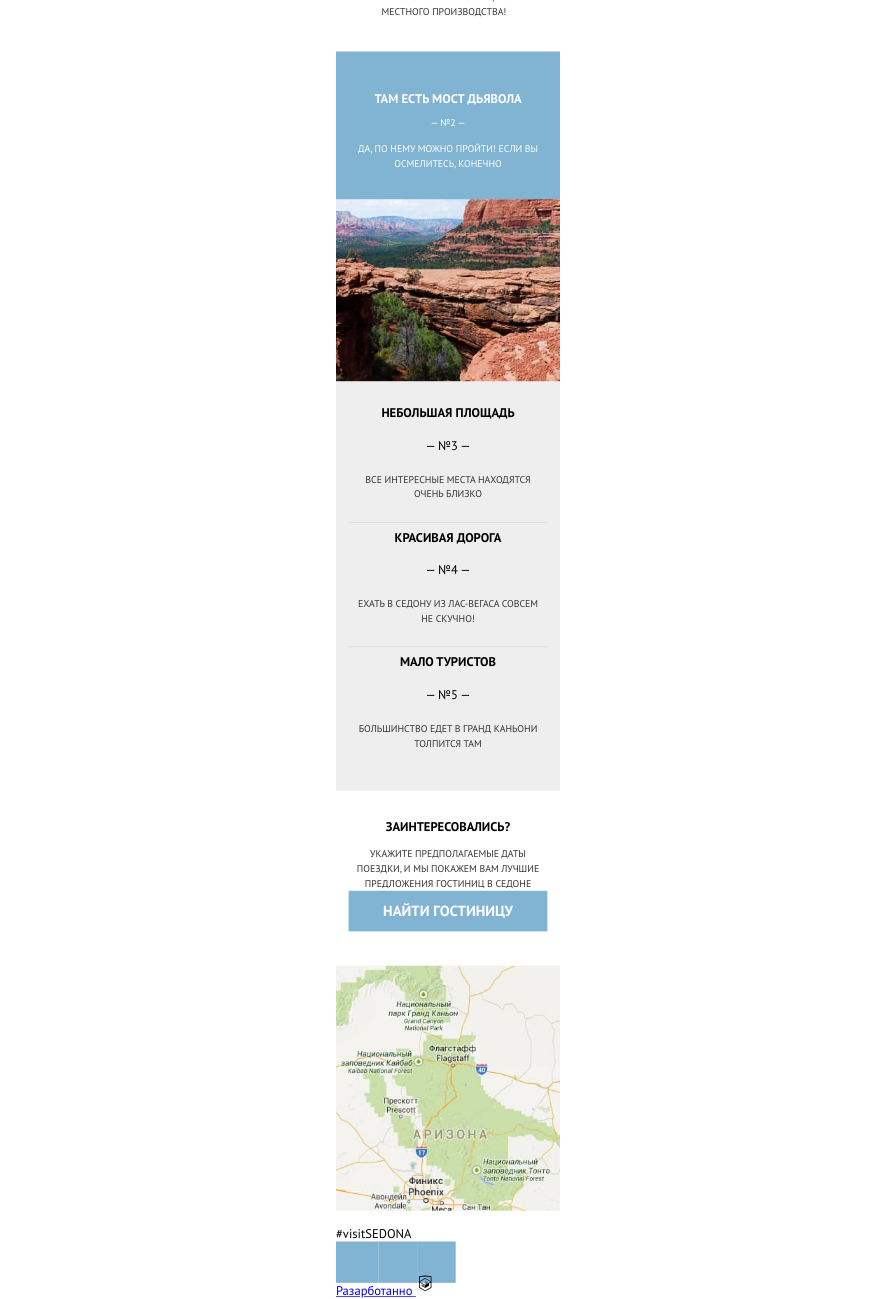
Repository: iKrekus/2149661-sedona-27
Page: source/index.html
These files come from the project's save history. The page is drawn as it stood at one moment and after the next save; the edit follows.
The browser window is 1280 px wide. The pictures show the part of the page from y = 1451 to 3371 px (the page is 3307 px tall before and 3371 px after), at 70% of full size.
The style sheet was rebuilt from its Sass, Less or Tailwind sources for each picture, by a compiler version that may differ from the author's.

Above is the page before, as saved 2022-12-05 13:11:12.

### source/index.html
<!DOCTYPE html>
<html class="page" lang="ru">
  <head>
    <meta charset="utf-8">
    <link rel="stylesheet" href="css/style.css">
    <title>HTML Academy: Седона</title>
  </head>
<body class="page__body">
  <header class="main-header">
    <a class="main-header__logo">
      <img src="img/logos/logo.svg" width="185" height="96" alt="Логотип 'Седона'.">
    </a>
    <div class="main-nav">
      <button class="main-nav__toggle" type="button">
        <span class="visually-hidden">Меню</span>
        <svg width="23" height="22" viewBox="0 0 23 22" fill="currentColor" xmlns="http://www.w3.org/2000/svg"><path d="M22.9 0H0v4h22.9V0ZM22.9 9H0v4h22.9V9ZM22.9 18H0v4h22.9v-4Z"/></svg>
      </button>
      <nav class="main-nav__wrapper main-nav__wrapper--hidden">
        <a class="main-nav__item main-nav__item--current" href="index.html">
          Главная
        </a>
        <a class="main-nav__item" href="catalog.html">
          Фото и видео
        </a>
        <a class="main-nav__item" href="form.html">
          Форма отзыва
        </a>
        <a class="main-nav__item" href="https://htmlacademy.ru/">
          HTMLACADEMY
        </a>
      </nav>
      <button class="main-nav__toggle main-nav__toggle--close" type="button">
        <span class="visually-hidden">Закрыть</span>
        <svg width="23" height="23" viewBox="0 0 23 23" fill="currentColor" xmlns="http://www.w3.org/2000/svg"><path d="M22.2 2.8 19.4 0l-8.3 8.3L2.8 0 0 2.8l8.3 8.3L0 19.4l2.8 2.8 8.3-8.3 8.3 8.3 2.8-2.8-8.3-8.3 8.3-8.3Z"/></svg>
      </button>
    </div>
  </header>
  <main class="main-container">
    <h1 class="visually-hidden">Поиск гостиниц в Седоне</h1>
      <section class="hero-block">
        <div class="hero-text-wrapper">
          <h2 class="hero-block__title">
            СЕДОНА — небольшой городок в АРИЗОНЕ,<br> заслуживающий большего!
          </h2>
          <p class="hero-block__description">
            Рассмотрим 5 причин, по которым Седона круче, чем гранд каньон!
          </p>
        </div>
      </section>
    <section class="features">
      <div class="features-wrapper">
        <h3 class="features__features-title">
          НАСТОЯЩИЙ ГОРОДОК
        </h3>
        <p class="features__features-divider">
          <!--Далее будет сделан через псевдоэлемент Или потом будет выводится, как номер пункта в списке, если переделать features в список-->
          — №1 —
        </p>
        <p class="features__features-description">
          СЕДОНА НЕ АТТРАКЦИОН ДЛЯ ТУРИСТОВ, ТАМ ТЕЧЕТ СВОЯ ЖИЗНЬ
        </p>
      </div>
      <img class="features__image" src="img/photo/sedona-town-mobile.jpg" alt="Фото Города." width="320" height="260">
    </section>
    <section class="advantages advantages--pictured">
      <ul class="advantages__list advantages__list--pictured">
        <li class="advantages__item advantages__item--pictured advantages__item--icon-housing">
          <h3 class="advantages__title">
            Жилье
          </h3>
          <p class="advantages__description">
            Рекомендуем пожить в настоящем мотеле, все как в кино!
          </p>
        </li>
        <li class="advantages__item advantages__item--pictured advantages__item--icon-food">
          <h3 class="advantages__title">
            ЕДА
          </h3>
          <p class="advantages__description">
            Всегда заказывайте ФИРМЕННЫЙ БУРГЕР, Вы НЕ разочаруетесь!
          </p>
        </li>
        <li class="advantages__item advantages__item--pictured advantages__item--icon-souvenir">
          <h3 class="advantages__title">
            СУВЕНИРЫ
          </h3>
          <p class="advantages__description">
            Не только китайского, но и местного производства!
          </p>
        </li>
      </ul>
    </section>
    <section class="features">
      <div class="features-wrapper">
        <h3 class="features__features-title">
          Там есть Мост дьявола
        </h3>
        <p class="features__features-divider">
          <!--Далее будет сделан через псевдоэлемент Или потом будет выводится, как номер пункта в списке, если переделать features в список-->
          — №2 —
        </p>
        <p class="features__features-description">
          Да, по нему можно пройти! Если вы осмелитесь, конечно
        </p>
      </div>
      <img class="features__image" src="img/photo/devil-gridge-mobile.jpg" alt="Фото - 'Мост дьявола'." width="320" height="260">
    </section>
    <section class="advantages">
      <ol class="advantages__list">
        <li class="advantages__item">
          <h2 class="advantages__title">
            НЕБОЛЬШАЯ ПЛОЩАДЬ
          </h2>
          <p class="advantages__advantages-divider">
            <!--Далее будет сделан через псевдоэлемент Или потом будет выводится, как номер пункта в списке, если переделать features в список-->
            — №3 —
          </p>
          <p class="advantages__description">
            ВСЕ интересные места находятся очень близко
          </p>
        </li>
        <li class="advantages__item">
          <h2 class="advantages__title">
            КРАСИВАЯ ДОРОГА
          </h2>
          <p class="advantages__advantages-divider">
            <!--Далее будет сделан через псевдоэлемент Или потом будет выводится, как номер пункта в списке, если переделать features в список-->
            — №4 —
          </p>
          <p class="advantages__description">
            ЕХАТЬ В СЕДОНУ ИЗ ЛАС-ВЕГАСА совсем НЕ СКУЧНО!
          </p>
        </li>
        <li class="advantages__item">
          <h2 class="advantages__title">
            МАЛО ТУРИСТОВ
          </h2>
          <p class="advantages__advantages-divider">
            <!--Далее будет сделан через псевдоэлемент Или потом будет выводится, как номер пункта в списке, если переделать features в список-->
            — №5 —
          </p>
          <p class="advantages__description">
            Большинство едет в гранд каньони толпится там
          </p>
        </li>
      </ol>
    </section>
    <section class="action-form">
      <h2 class="action-form__title">Заинтересовались?</h2>
      <p class="action-form__description">Укажите предполагаемые даты поездки, и мы покажем вам лучшие предложения гостиниц в Седоне</p>
      <a class="action-form__link button button-serch" href="#">Найти Гостиницу</a>
    </section>
    <div class="search-map">
      <img src="img/photo/map-mobile.jpg" alt="Карта." width="320" height="350">
    </div>
  </main>
  <footer class="main-footer">
    <p class="main-footer__title">
      #visitSEDONA
    </p>
      <div class="main-footer__social">
          <a class="main-footer__link button" href="https://vk.com/htmlacademy">
              <span class="visually-hidden">Вконтакте</span>
              <svg aria-hidden="true" focusable="false" width="24" height="14" fill="none" xmlns="http://www.w3.org/2000/svg">
                <path fill-rule="evenodd" clip-rule="evenodd" d="M24.116 1.804c.166-.546 0-.948-.795-.948h-2.625c-.668 0-.976.347-1.143.73 0 0-1.335 3.196-3.226 5.272-.612.602-.89.793-1.224.793-.167 0-.418-.19-.418-.738V1.804c0-.656-.184-.948-.74-.948H9.817c-.417
              0-.668.304-.668.593 0 .621.946.765 1.043 2.513V7.76c0 .833-.153.984-.487.984-.89 0-3.055-3.21-4.34-6.885-.249-.715-.5-1.003-1.172-1.003H1.566c-.75 0-.9.347-.9.73 0 .682.89 4.07 4.145 8.551 2.17 3.06 5.225 4.72 8.008 4.72 1.67 0 1.875-.369
              1.875-1.004V11.54c0-.737.158-.884.687-.884.39 0 1.057.192 2.615 1.667 1.78 1.75 2.073 2.533 3.075 2.533h2.625c.75 0 1.126-.368.91-1.096-.238-.724-1.088-1.775-2.215-3.022-.612-.71-1.53-1.475-1.809-1.858-.389-.49-.278-.71 0-1.147 0 0 3.2-4.426
              3.533-5.929h.001Z" fill="#83B3D3"/>
              </svg>
          </a>
          <a class="main-footer__link button" href="https://t.me/htmlacademy">
              <span class="visually-hidden">Телеграмм</span>
              <svg aria-hidden="true" focusable="false" width="18" height="16" fill="none" xmlns="http://www.w3.org/2000/svg">
                <path d="M16.79.96.84 7.1c-1.09.44-1.08 1.05-.2 1.32l4.1 1.28 9.47-5.98c.44-.27.85-.13.52.17l-7.68 6.93-.28 4.22c.41 0 .6-.2.83-.41l1.99-1.94 4.13 3.06c.77.42 1.31.2 1.5-.71l2.72-12.8c.28-1.1-.43-1.61-1.16-1.28Z" fill="#83B3D3"/>
              </svg>
          </a>
          <a class="main-footer__link button" href="https://www.youtube.com/user/htmlacademyru">
              <span class="visually-hidden">Youtube</span>
              <svg aria-hidden="true" focusable="false" width="22" height="17" fill="none" xmlns="http://www.w3.org/2000/svg">
                <path d="M18.94.356H3.507C1.647.356.333 1.95.333 3.756V13.85c0 1.913 1.314 3.506 3.174 3.506H19.16c1.642 0 3.174-1.593 3.174-3.4v-10.2c-.219-1.806-1.532-3.4-3.393-3.4ZM7.995 12.894V4.819l7.333 4.037-7.333 4.038Z" fill="#83B3D3"/>
              </svg>
          </a>
      </div>
      <div class="copyrirht-footer-wrapper">
        <div class="copyrirht-footer">
          <a class="copyrirht-footer__link" href="https://htmlacademy.ru/">
            <span class="copyrirht-footer__description">Разарботанно</span>
            <span class="visually-hidden">HTML Academy</span>
            <svg xmlns="http://www.w3.org/2000/svg" viewBox="0 0 60 60" width="27" height="34"><path fill="#000000" d="M30.2 5h-.2l-19.7 2.1v36.2l19.7 11.7 19.7-11.7v-36.2l-19.5-2.1zm17 36.8l-17.2 10.2-17.2-10.2v-14.8l17.1 10.2v1.8l-11.7-7v1.8l11.8 7.1v1.9l-11.8-7v1.8l11.8 7 11.9-7.1v-7.6l5.3-3.2v15.1zm-.1-17l-4.7 2.8-2.2 1.3-10.3-6.1v1.8l8.8 5.3h-.1l-.2.1-1.3.7-7.3-4.3v1.8l5.8 3.4-1.4.9-4.3-2.6v1.8l2.9 1.7-2.9 1.7-17-10.1 17-10.2 17.2 10zm.1-1.8l-17.3-10.2-17.1 10.2v-13.6l17.2-1.8 17.2 1.8v13.6z"/></svg>
          </a>
        </div>
      </div>
  </footer>
</body>
</html>

### source/sass/style.scss
// Начните писать стили здесь
@use "./blocks/mixins.scss";
@use "./blocks/variables.scss";
@use "./blocks/header/main-header.scss";
@use "./blocks/header/main-container.scss";
@use "./blocks/header/main-nav.scss";
@use "./blocks/body/hero-block.scss";
@use "./blocks/body/features.scss";
@use "./blocks/body/advantages.scss";
@use "./blocks/body/action-form.scss";
@use "./blocks/body/button.scss";

@font-face {
  font-family: "PT sans";
  src: url("../fonts/ptsans.woff") format("woof"), url("../fonts/ptsans.woff2") format("woff2");
  font-style: normal;
  font-weight: 400;
  font-display: swap;
}

@font-face {
  font-family: "PT sans";
  src: url("../fonts/ptsansbold.woff") format("woof"), url("../fonts/ptsansbold.woff2") format("woff2");
  font-style: normal;
  font-weight: 700;
  font-display: swap;
}

/* .page__body */
body {
  font-family: "PT Sans", sans-serif;
  font-size: 18px;
  font-style: normal;
  font-weight: 400;
  line-height: 21px;
  display: -webkit-box;
  display: -ms-flexbox;
  display: flex;
  -webkit-box-orient: vertical;
  -webkit-box-direction: normal;
  -ms-flex-direction: column;
  flex-direction: column;
  min-height: 100%;
  width: 320px;
  margin: 0 auto;
}

.visually-hidden {
  position: absolute;
  width: 1px;
  height: 1px;
  margin: -1px;
  border: 0;
  padding: 0;
  white-space: nowrap;
  clip-path: inset(100%);
  clip: rect(0 0 0 0);
  overflow: hidden;
}

### source/sass/blocks/mixins.scss
@use "variables.scss" as var;

//Mixins for text
@mixin font-title-mob {
  font-weight: 700;
  font-size: 18px;
  line-height: 26px;
}

@mixin font-description-mob {
  font-weight: 400;
  font-size: 14px;
  line-height: 21px;
}

//Mixins to blocks

@mixin advantages-icon-mob {
  content: "";
  width: var.$advantages-icon-width;
  height: var.$advantages-icon-height;
  position: absolute;
  top: 0;
  left: 0;
}
//Vertical middle centred block

//buttons
@mixin primary-button {
  padding: 16px;
  text-align: center;
  text-transform: uppercase;
  font-weight: 700;
  font-size: 21px;
  line-height: 26px;
  text-decoration: none;
  color: var.$light-text-color;
  background-color: var.$button-primary-background;
}

### source/sass/blocks/variables.scss
//Variable colors
$primary-text-color: #000000;
$secondary-text-color: #333333;
$light-text-color: #ffffff;

$button-primary-background: #81b3d2;

//Pictures
$advantages-icon-width: 40px;
$advantages-icon-height: 40px;

### source/sass/blocks/header/main-header.scss
@use "../mixins.scss" as mixin;
@use "../variables.scss" as var;

.main-header {
  background-color: #ffffff;
  position: relative;
}

.main-header__logo {
  position: absolute;
  z-index: 1;
  left: 50%;
  transform: translateX(-50%);
}

### source/sass/blocks/header/main-container.scss
@use "../mixins.scss" as mixin;
@use "../variables.scss" as var;

### source/sass/blocks/header/main-nav.scss
@use "../mixins.scss" as mixin;
@use "../variables.scss" as var;

.main-nav {
  width: 100%;
  min-height: 56px;
  display: flex;
  justify-content: center;
  align-items: center;
  position: relative;
}

.main-nav__wrapper {
  display: flex;
  flex-direction: column;
  justify-content: center;
  width: 100%;
  position: absolute;
  top: 0;

  &--hidden {
    display: none;
  }
}

.main-nav__toggle {
  position: absolute;
  right: 20px;
  top: 17px;
  background: none;
  border: none;
  padding: 0;
  margin: 0;
  color: #81b3d2;

  &--close {
    color: #ffffff;
    z-index: 2;
    cursor: pointer;
    display: none;
  }
}

.main-nav__item {
  text-align: center;
  text-decoration: none;
  padding: 17px 20px 12px;
  box-sizing: border-box;
  font-weight: 700;
  font-size: 18px;
  line-height: 26px;
  text-transform: uppercase;
  color: #ffffff;
  border-bottom: 1px solid #678fa8;
  background-color: #80b2d1;
  z-index: 2;

  &--current {
    background-color: #678fa8;
  }
}

.main-nav__item:not(:first-child) {
  border-top: 1px solid #e7e5e5;
}

.main-nav__item:last-child {
  box-shadow: inset 0 -5px 5px -6px #000000;
}

### source/sass/blocks/body/hero-block.scss
@use "../mixins.scss" as mixin;
@use "../variables.scss" as var;

.hero-block {
  position: relative;

  &::before {
    content: " ";
    display: block;
    min-height: 389px;
    width: 100%;
    background: url("../img/bacgrounds/divider.svg") no-repeat center bottom, url("../img/bacgrounds/hero-title.svg") no-repeat center 51px, #d3e4ee url("../img/bacgrounds/background-hero-mobile.jpg") no-repeat center;
  }

  &::after {
    content: "";
    display: block;
    position: absolute;
    height: 37px;
    bottom: -37px;
    width: 100%;
    background: url("../img/bacgrounds/divider-bottom.svg") no-repeat center bottom;
  }
}

.hero-text-wrapper {
  padding: 0 30px;
  padding-top: 32px;
  position: relative;
}

.hero-block__title {
  text-transform: uppercase;
  text-align: center;

  @include mixin.font-title-mob;
  color: var.$primary-text-color;
  margin: 0;
}

.hero-block__description {
  padding-top: 35px;
  text-transform: uppercase;
  text-align: center;

  @include mixin.font-description-mob;
  color: var.$secondary-text-color;
  margin: 0;
}

### source/sass/blocks/body/features.scss
@use "../mixins.scss" as mixin;
@use "../variables.scss" as var;

.features {
  display: flex;
  flex-direction: column;
  background-color: #81b3d2;
  text-align: center;
}

.features-wrapper {
  padding-top: 54px;
  padding-bottom: 40px;
}

.features__features-title {
  @include mixin.font-title-mob;
  color: var.$light-text-color;
  margin: 0;
  text-transform: uppercase;
}

.features__features-divider {
  @include mixin.font-description-mob;
  color: var.$light-text-color;
  margin: 0;
  margin-top: 11px;
  margin-bottom: 17px;
}

.features__features-description {
  @include mixin.font-description-mob;
  color: var.$light-text-color;
  margin: 0;
  text-transform: uppercase;
}

### source/sass/blocks/body/advantages.scss
@use "../mixins.scss" as mixin;
@use "../variables.scss" as var;

.advantages {
  padding: 24px 18px 28px;
  background-color: #eeeeee;

  &--pictured {
    padding: 23px 18px 46px;
    background: none;
  }
}

.advantages__list {
  list-style-type: none;
  padding: 0;
  margin: 0;

  &--pictured {
    display: flex;
    flex-direction: column;
    row-gap: 28px;
  }
}

.advantages__item {
  position: relative;
  text-align: center;
  padding: 8px;
  padding-bottom: 29px;
  border-bottom: 1px solid #d6d6d6;

  &:last-child {
    border: none;
  }

  &--pictured {
    text-align: left;
    padding: 0;
    padding-left: 47px;
    padding-top: 8px;
    border: none;
  }

  &--icon-housing::before {
    @include mixin.advantages-icon-mob;
    background: url("../img/icons/advantages-housing.svg") no-repeat center/contain;
  }

  &--icon-food::before {
    @include mixin.advantages-icon-mob;
    background: url("../img/icons/advantages-food.svg") no-repeat center/contain;
  }

  &--icon-souvenir::before {
    @include mixin.advantages-icon-mob;
    background: url("../img/icons/advantages-souvenir.svg") no-repeat center/contain;
  }
}

.advantages-wrapper {
  padding: 0 30px;
  padding-top: 32px;
  position: relative;
}

.advantages__title {
  text-transform: uppercase;


  @include mixin.font-title-mob;
  color: var.$primary-text-color;
  margin: 0;
}

.advantages__description {
  padding-top: 16px;
  text-transform: uppercase;

  @include mixin.font-description-mob;
  color: var.$secondary-text-color;
  margin: 0;
}

.advantages__advantages-divider {
  margin-top: 23px;
  margin-bottom: 12px;
}

### source/sass/blocks/body/action-form.scss
@use "../mixins.scss" as mixin;
@use "../variables.scss" as var;

.action-form {
  padding: 38px 18px 49px;
  display: flex;
  flex-direction: column;
}

.action-form__title {
  text-transform: uppercase;
  text-align: center;

  @include mixin.font-title-mob;
  color: var.$primary-text-color;
  margin: 0;
}

.action-form__description {
  padding-top: 16px;
  text-transform: uppercase;
  text-align: center;

  @include mixin.font-description-mob;
  color: var.$secondary-text-color;
  margin: 0;
}

### source/sass/blocks/body/button.scss
@use "../mixins.scss" as mixin;
@use "../variables.scss" as var;

.button {
  @include mixin.primary-button;
}

After the next save:
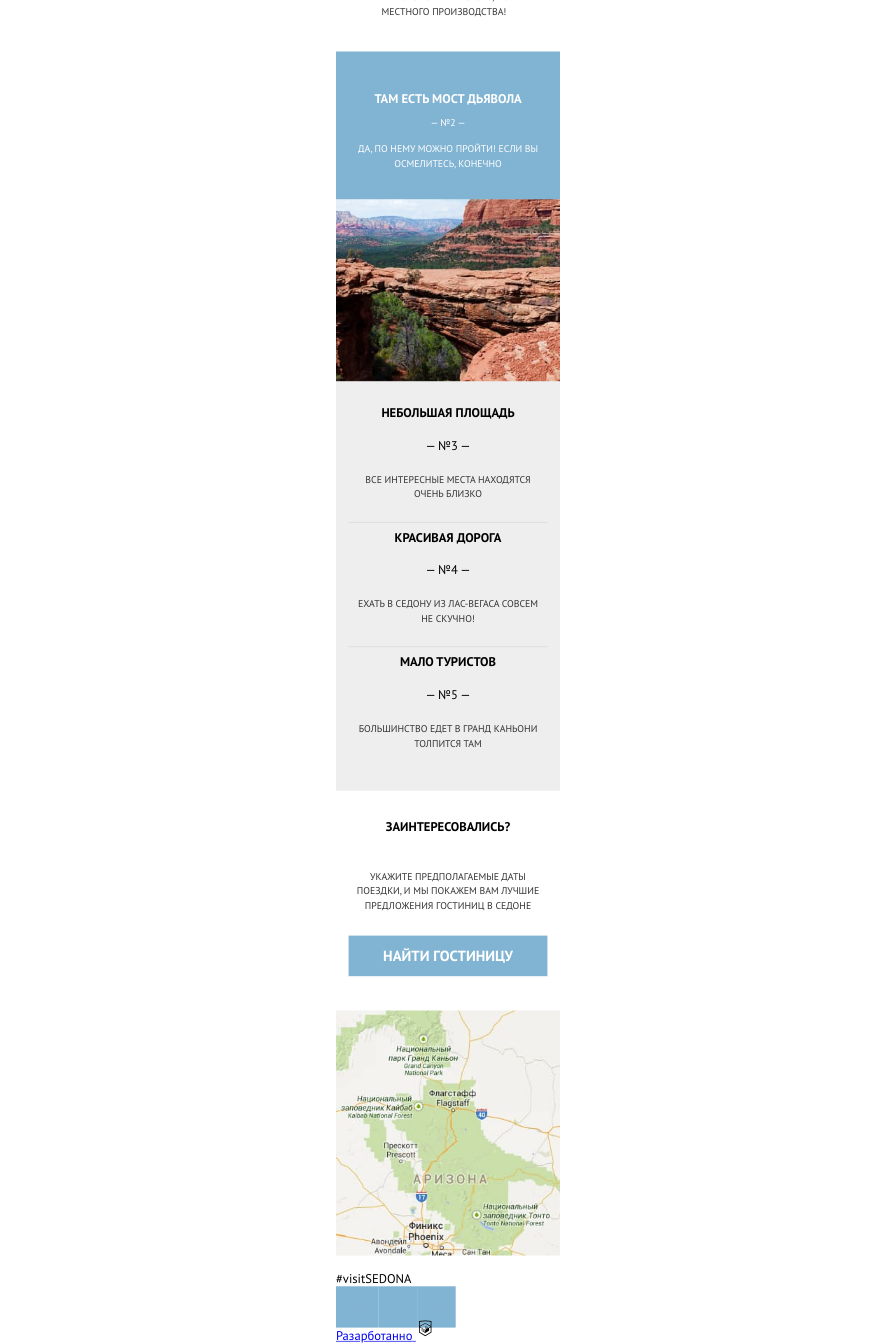
Saved 1 s later.
--- a/source/sass/blocks/body/action-form.scss
+++ b/source/sass/blocks/body/action-form.scss
@@ -5,6 +5,7 @@
   padding: 38px 18px 49px;
   display: flex;
   flex-direction: column;
+  row-gap: 32px;
 }
 
 .action-form__title {
